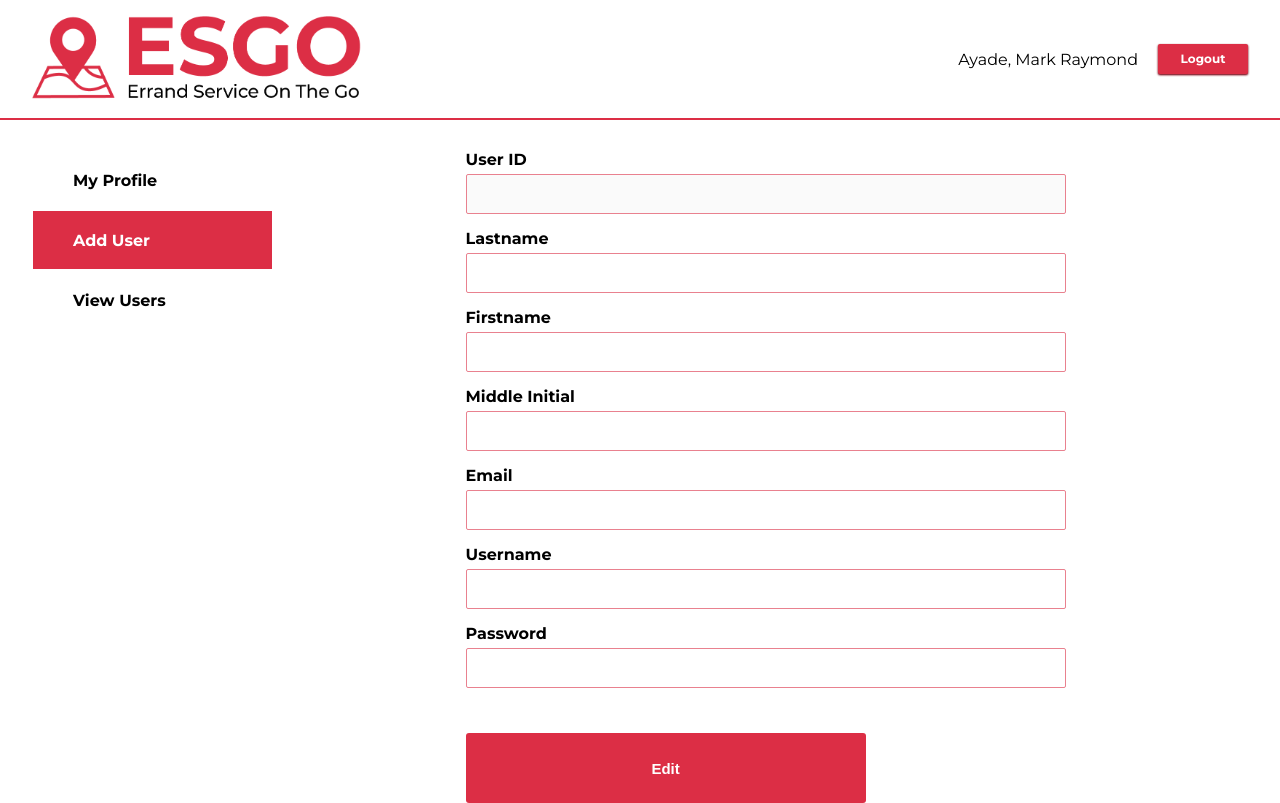
Repository: azkalonz/Int-Prog-2
Page: http://localhost/Int_Prog_2/?page=home
An editor plug-in stored every save of this project. The page is shown before and after the next save, followed by the edit.
The browser window is 1280 px wide. The pictures show the whole page.
The page is served by Tomcat 9.

Above is the page before, as saved 2021-03-30 05:59:13.

After the next save:
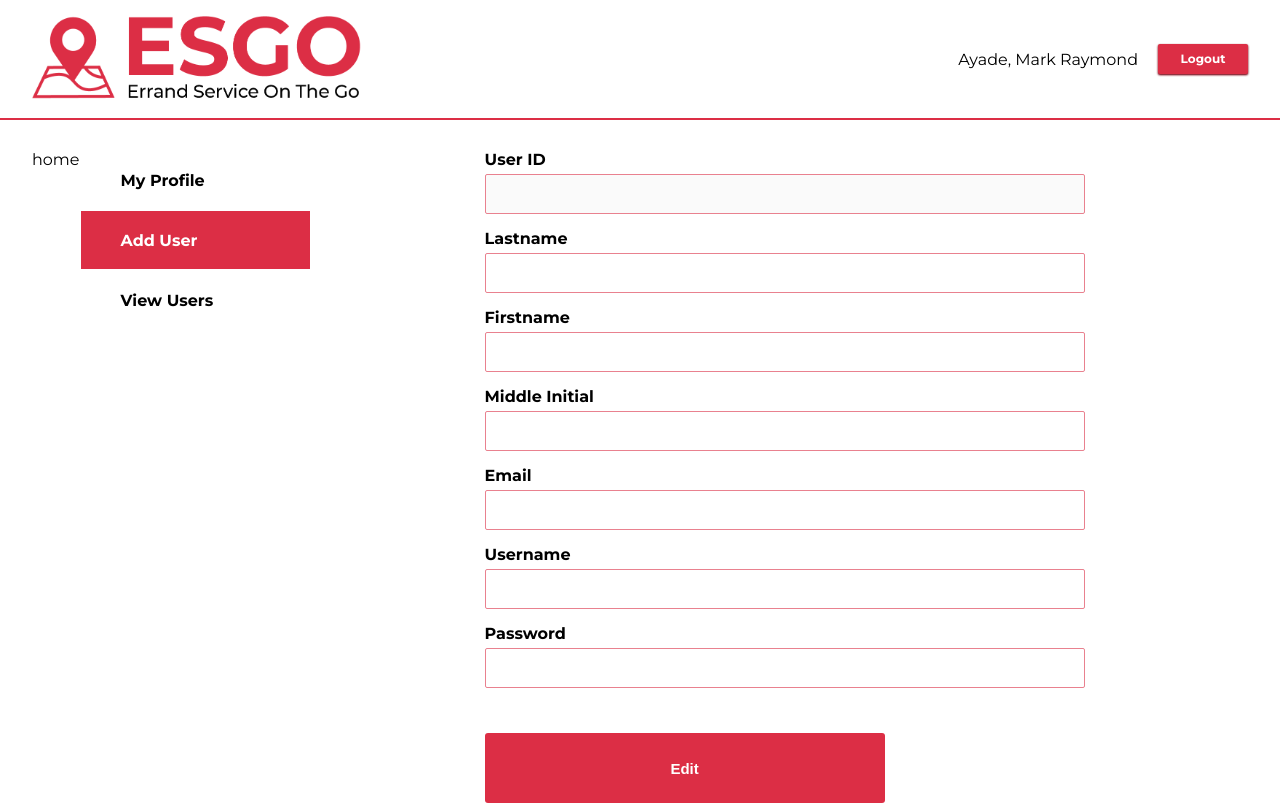
Saved 18 s later.
--- a/Int Prog 2/WebContent/WEB-INF/layout/nav.jsp
+++ b/Int Prog 2/WebContent/WEB-INF/layout/nav.jsp
@@ -1,4 +1,6 @@
 <%@ taglib uri = "http://java.sun.com/jsp/jstl/core" prefix = "c" %>
+
+<%= request.getParameter("page") %>
 
 <div class="nav">
     <a href="<%=request.getContextPath()%>?page=home">
